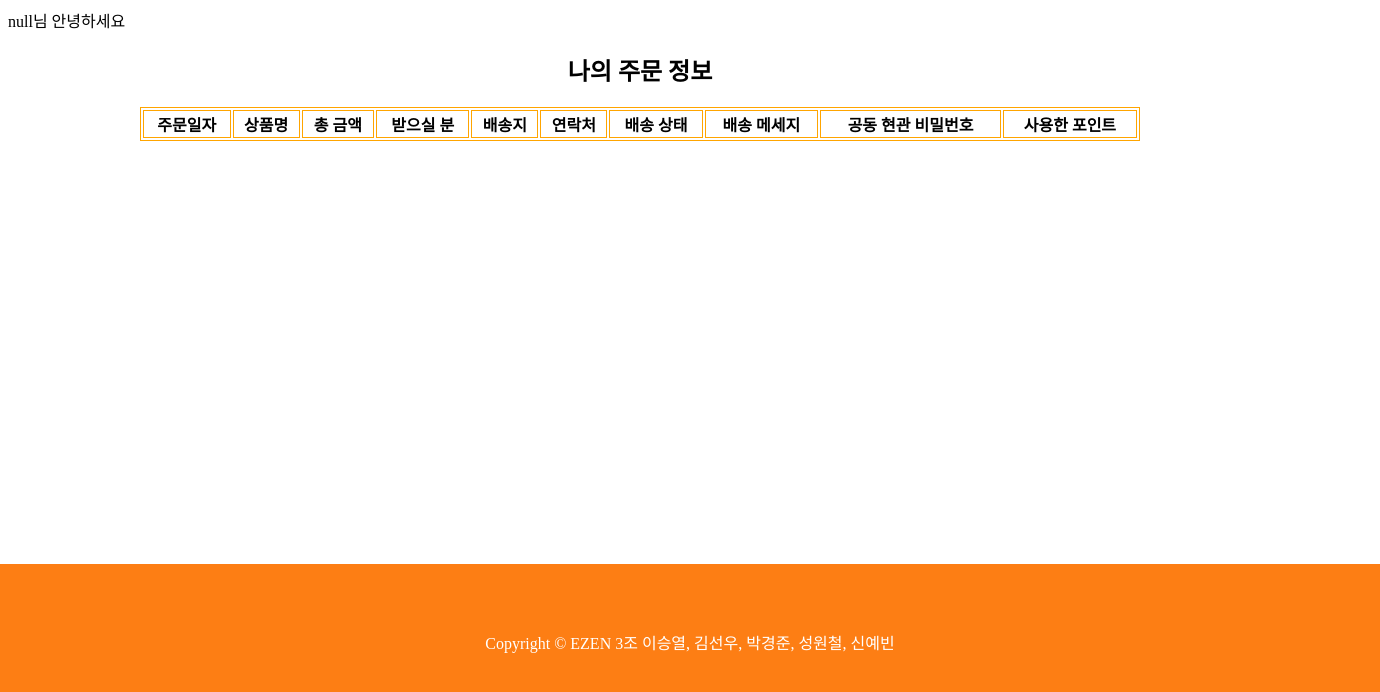
Repository: Nowon-WebProject/mealKit_webSite
Page: http://localhost/TeamProject/purchaseOkInfo.jsp
These files come from the project's save history. The page is drawn as it stood at one moment and after the next save; the edit follows.
The browser window is 1280 px wide. The page is 1380 px wide, so the pictures cover 1380 px, including what lies to the right of the window. The pictures show the whole page.
The page is served by Tomcat 9. Nobody is signed in. The application's start-up code is not run. The template is opened directly, without the code that normally fills it, so the values that code supplies are empty.

Above is the page before, as saved 2022-05-16 06:11:54.

After the next save:
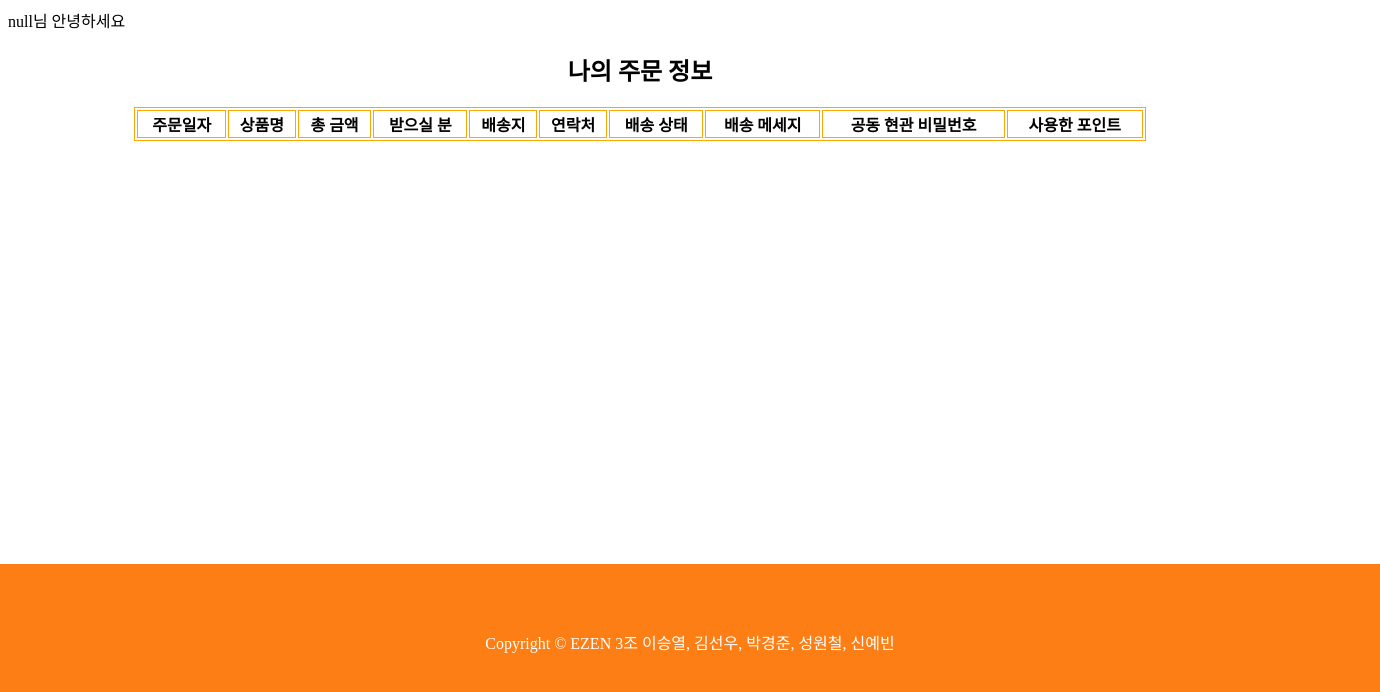
Saved 89 s later.
--- a/TeamProject/WebContent/purchaseOkInfo.jsp
+++ b/TeamProject/WebContent/purchaseOkInfo.jsp
@@ -8,7 +8,11 @@
 <meta charset="UTF-8">
 <title>Insert title here</title>
 <style type="text/css">
-table,
+table{
+border:1px solid orange;
+width:80%;
+
+}
 th,
 td{
 border:1px solid orange;
